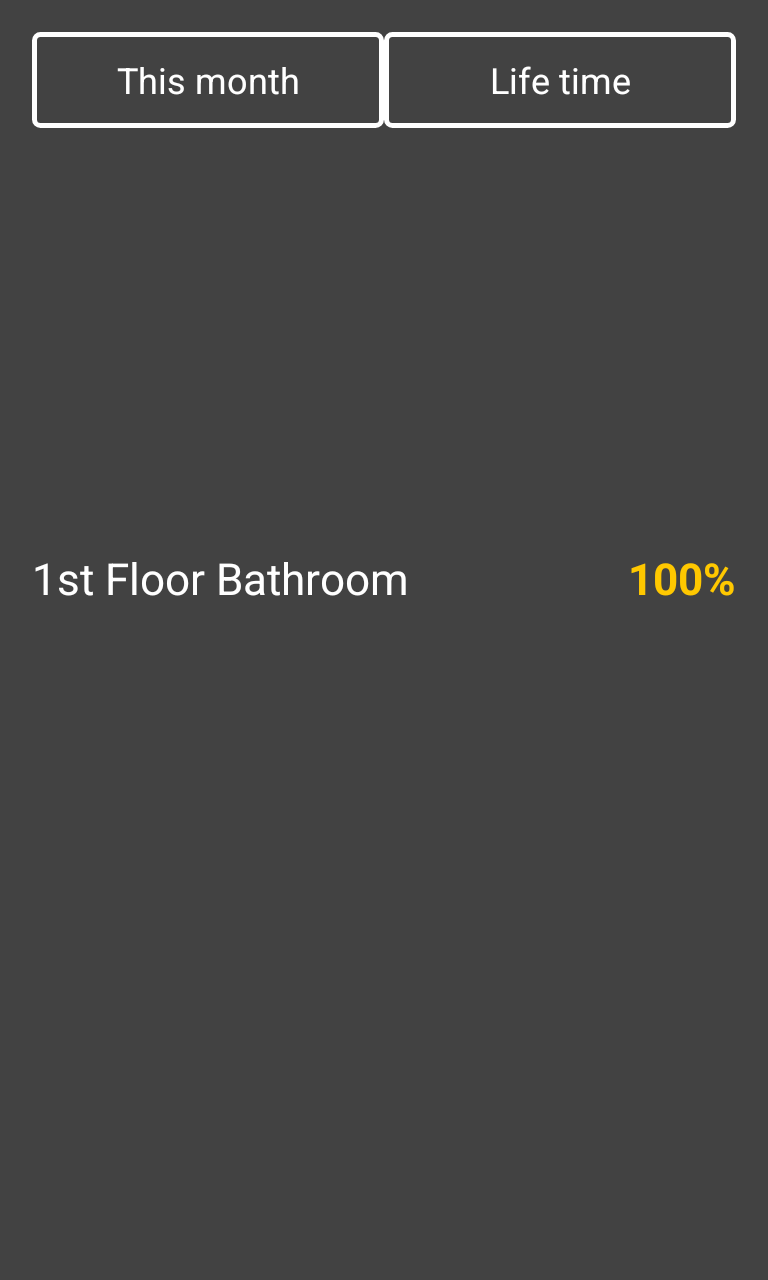
Repository: prabushitha/hydrosaver
Layout: hydrosaver/res/layout/activity_sections.xml
The author's editor kept a copy of each file at every save. The layout is drawn from the files as they stood at one save, then again after the next save.
It is drawn on a 768 x 1280 px phone screen (xhdpi) without system bars, with theme AppTheme; the app's code is not run.

Above is the layout before, as saved 2016-10-08 16:48:42.

After the next save:
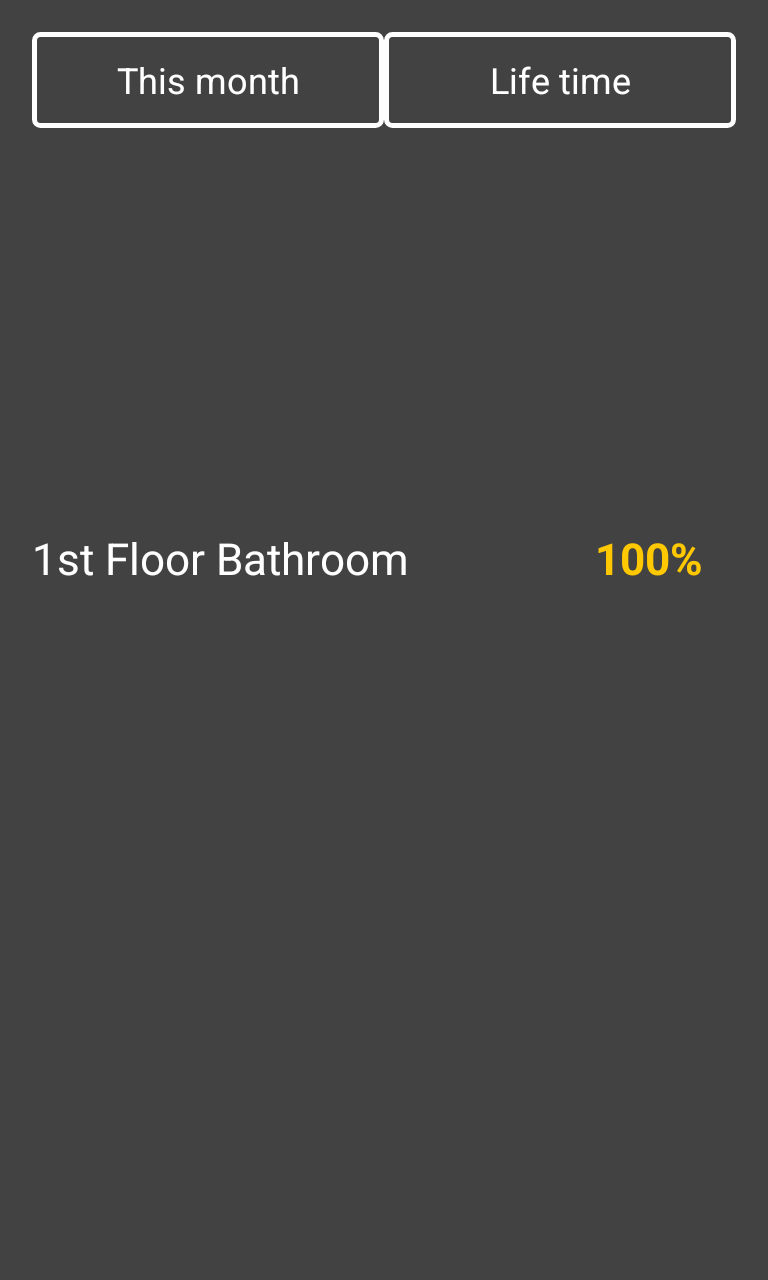
Saved 58 s later.
--- a/hydrosaver/res/layout/activity_sections.xml
+++ b/hydrosaver/res/layout/activity_sections.xml
@@ -67,8 +67,7 @@
 		        android:minHeight="100px"
 		        android:singleLine="false"
 		        android:layout_weight="2"
-		        android:textStyle="bold"
-		        android:gravity="center_vertical|right" />
+		        android:textStyle="bold"/>
 
 	    </TableRow>
 
